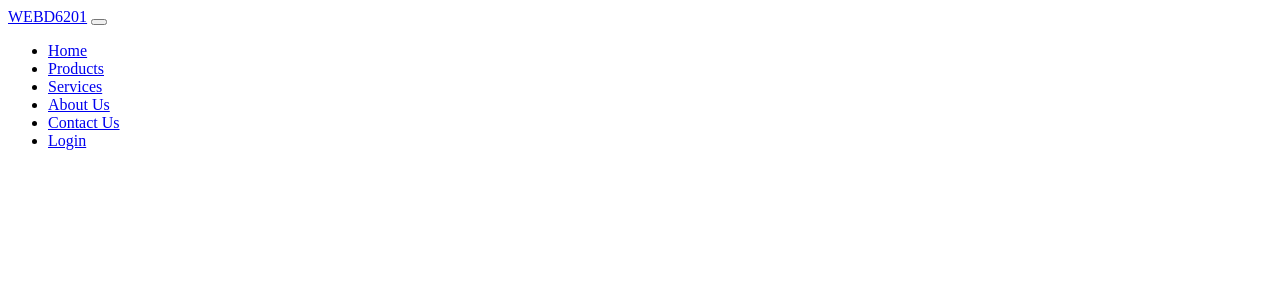
Repository: soumyann/soumyann11.github.io
Page: header.html
The author's editor kept a copy of each file at every save. The page is drawn from the files as they stood at one save, then again after the next save.
The browser window is 1280 px wide. The pictures show the whole page.

Above is the page before, as saved 2022-02-27 13:37:07.

After the next save:
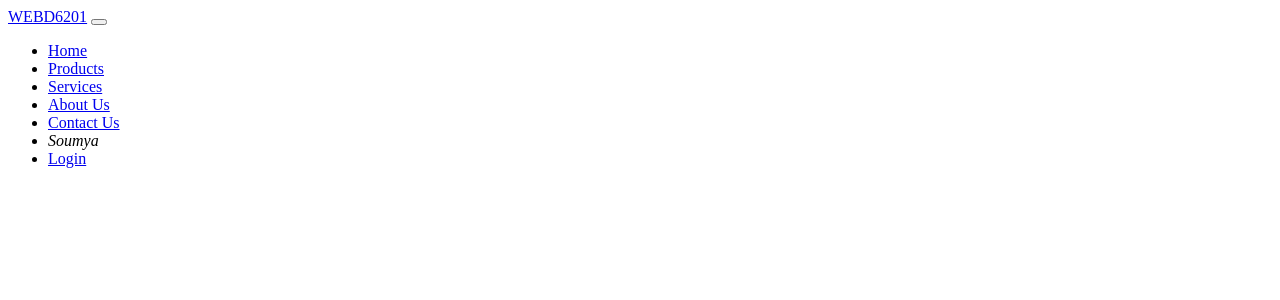
Saved 6 min 24 s later.
--- a/header.html
+++ b/header.html
@@ -1,30 +1,34 @@
 <nav class="navbar navbar-expand-lg navbar-dark bg-dark">
-    <div class="container-fluid">
-      <a class="navbar-brand" href="index.html"><i class="fas fa-spider"></i> WEBD6201</a>
-      <button class="navbar-toggler" type="button" data-bs-toggle="collapse" data-bs-target="#navbarSupportedContent" aria-controls="navbarSupportedContent" aria-expanded="false" aria-label="Toggle navigation">
-        <span class="navbar-toggler-icon"></span>
-      </button>
-      <div class="collapse navbar-collapse" id="navbarSupportedContent">
-        <ul class="navbar-nav ms-auto mb-2 mb-lg-0">
-          <li class="nav-item">
-            <a class="nav-link" href="index.html"><i class="fas fa-home"></i> Home</a>
-          </li>
-          <li class="nav-item">
-            <a class="nav-link" href="products.html"><i class="fas fa-project-diagram"></i> Products</a>
-          </li>
-          <li class="nav-item">
-            <a class="nav-link" href="services.html"><i class="fas fa-map-signs"></i> Services</a>
-          </li>
-          <li class="nav-item">
-            <a class="nav-link" href="about.html"><i class="fas fa-info"></i> About Us</a>
-          </li>
-          <li class="nav-item">
-            <a class="nav-link" href="contact.html"><i class="fas fa-envelope"></i> Contact Us</a>
-          </li>
-          <li id="login" class="nav-item">
-            <a class="nav-link" href="login.html"><i class="fas fa-sign-in-alt"></i> Login</a>
-          </li>
-        </ul>
-      </div>
+  <div class="container-fluid">
+    <a class="navbar-brand" href="index.html"><i class="fas fa-spider"></i> WEBD6201</a>
+    <button class="navbar-toggler" type="button" data-bs-toggle="collapse" data-bs-target="#navbarSupportedContent"
+      aria-controls="navbarSupportedContent" aria-expanded="false" aria-label="Toggle navigation">
+      <span class="navbar-toggler-icon"></span>
+    </button>
+    <div class="collapse navbar-collapse" id="navbarSupportedContent">
+      <ul class="navbar-nav ms-auto mb-2 mb-lg-0">
+        <li class="nav-item">
+          <a class="nav-link" href="index.html"><i class="fas fa-home"></i> Home</a>
+        </li>
+        <li class="nav-item">
+          <a class="nav-link" href="products.html"><i class="fas fa-project-diagram"></i> Products</a>
+        </li>
+        <li class="nav-item">
+          <a class="nav-link" href="services.html"><i class="fas fa-map-signs"></i> Services</a>
+        </li>
+        <li class="nav-item">
+          <a class="nav-link" href="about.html"><i class="fas fa-info"></i> About Us</a>
+        </li>
+        <li class="nav-item">
+          <a class="nav-link" href="contact.html"><i class="fas fa-envelope"></i> Contact Us</a>
+        </li>
+        <li class="nav-item">
+          <i class="fas fa-envelope">Soumya</i>
+        </li>
+        <li id="login" class="nav-item">
+          <a class="nav-link" href="login.html"><i class="fas fa-sign-in-alt"></i> Login</a>
+        </li>
+      </ul>
     </div>
-  </nav>
+  </div>
+</nav>
